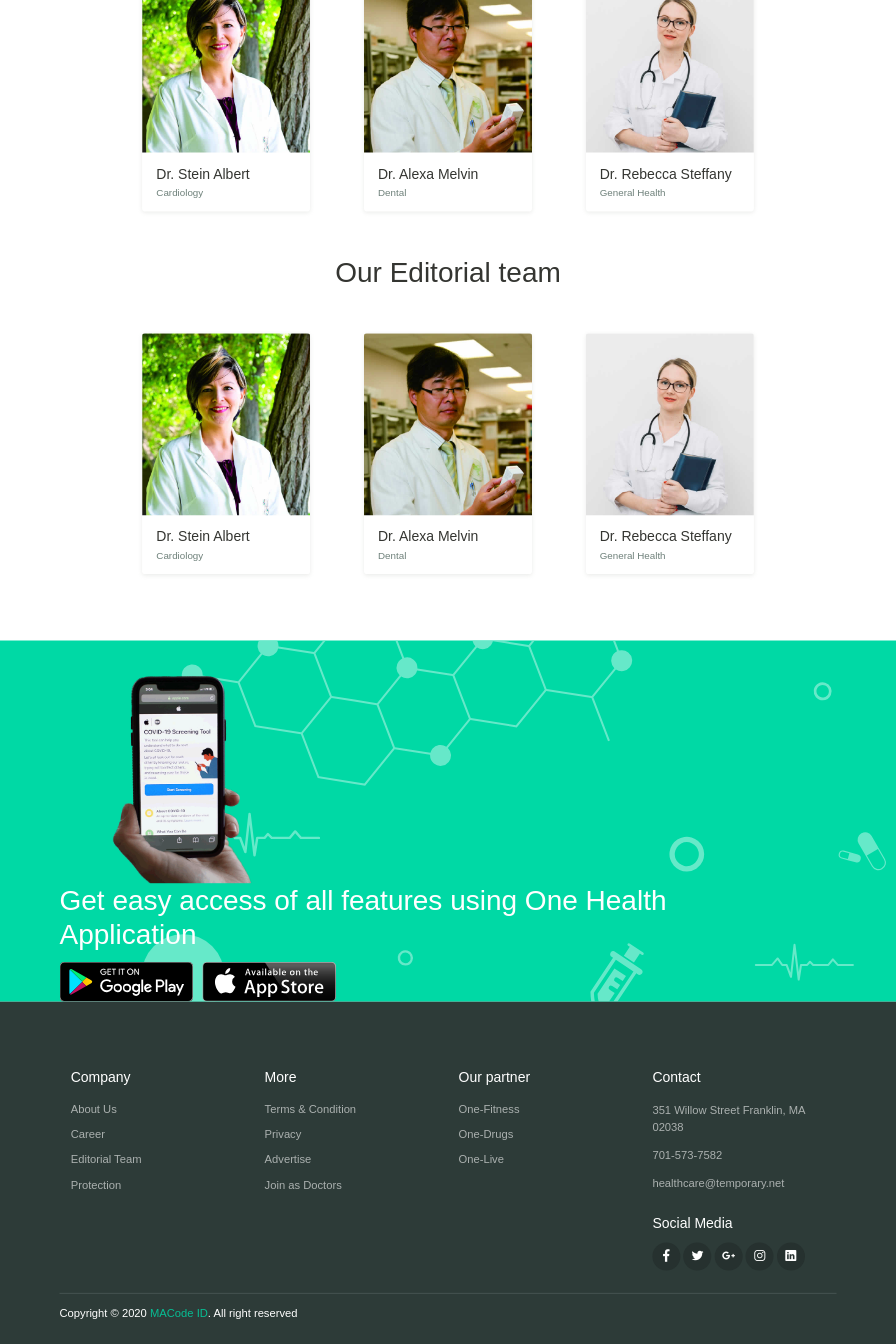
Repository: profbkmurage/myWeb
Page: html/about.html
The author's editor kept a copy of each file at every save. The page is drawn from the files as they stood at one save, then again after the next save.
The browser window is 1280 px wide. The pictures show the part of the page from y = 2020 to 3940 px (the page is 3940 px tall before and 3771 px after), at 70% of full size.

Above is the page before, as saved 2023-12-10 16:22:56.

### html/about.html
<!DOCTYPE html>
<html lang="en">
<head>
  <meta charset="UTF-8">
  <meta name="viewport" content="width=device-width, initial-scale=1.0">

  <meta http-equiv="X-UA-Compatible" content="ie=edge">

  <title>M&M Website</title>

  <link rel="stylesheet" href="../assets/css/maicons.css">

  <link rel="stylesheet" href="../assets/css/bootstrap.css">

  <link rel="stylesheet" href="../assets/vendor/owl-carousel/css/owl.carousel.css">

  <link rel="stylesheet" href="../assets/vendor/animate/animate.css">

  <link rel="stylesheet" href="../assets/css/theme.css">
</head>
<body>

  <!-- Back to top button -->
  <div class="back-to-top"></div>

  <header>
    <div class="topbar">
      <div class="container">
        <div class="row">
          <div class="col-sm-8 text-sm">
            <div class="site-info">
              <a href="tel:0745755893" ><span class="mai-call text-primary"></span> +254745755893</a>
              <span class="divider">|</span>
              <a href="#"><span class="mai-mail text-primary"></span> pnjoroge@gmail.com</a>
            </div>
          </div>
          <div class="col-sm-4 text-right text-sm">
            <div class="social-mini-button">
              <a href="#"><span class="mai-logo-facebook-f"></span></a>
              <a href="#"><span class="mai-logo-twitter"></span></a>
              <a href="#"><span class="mai-logo-dribbble"></span></a>
              <a href="#"><span class="mai-logo-instagram"></span></a>
            </div>
          </div>
        </div> <!-- .row -->
      </div> <!-- .container -->
    </div> <!-- .topbar -->

    <nav class="navbar navbar-expand-lg navbar-light shadow-sm">
      <div class="container">
        <a class="navbar-brand" href="#"><span class="text-primary">P And</span> Associates Media</a>

        <!-- <form action="#">
          <div class="input-group input-navbar">
            <div class="input-group-prepend">
              <span class="input-group-text" id="icon-addon1"><span class="mai-search"></span></span>
            </div>
            <input type="text" class="form-control" placeholder="Enter keyword.." aria-label="Username" aria-describedby="icon-addon1">
          </div>
        </form> -->

        <button class="navbar-toggler" type="button" data-toggle="collapse" data-target="#navbarSupport" aria-controls="navbarSupport" aria-expanded="false" aria-label="Toggle navigation">
          <span class="navbar-toggler-icon"></span>
        </button>

        <div class="collapse navbar-collapse" id="navbarSupport">
          <ul class="navbar-nav ml-auto">
            <li class="nav-item active">
              <a class="nav-link" href="index.html">Home</a>
            </li>
            <li class="nav-item">
              <a class="nav-link" href="about.html">About Us</a>
            </li>
            <li class="nav-item">
              <a class="nav-link" href="work.html">Our work</a>
            </li>
            <li class="nav-item">
              <a class="nav-link" href="blog.html">News</a>
            </li>
            <li class="nav-item">
              <a class="nav-link" href="contact.html">Contact</a>
            </li>
            <!-- <li class="nav-item">
              <a class="btn btn-primary ml-lg-3" href="#">Login / Register</a>
            </li> -->
          </ul>
        </div> <!-- .navbar-collapse -->
      </div> <!-- .container -->
    </nav>
  </header>

  <div class="page-banner overlay-dark bg-image" style="background-image: url(../assets/img/bg_image_1.jpg);">
    <div class="banner-section">
      <div class="container text-center wow fadeInUp">
        <nav aria-label="Breadcrumb">
          <ol class="breadcrumb breadcrumb-dark bg-transparent justify-content-center py-0 mb-2">
            <li class="breadcrumb-item"><a href="index.html">Home</a></li>
            <li class="breadcrumb-item active" aria-current="page">About</li>
          </ol>
        </nav>
        <h1 class="font-weight-normal">About Us</h1>
      </div> <!-- .container -->
    </div> <!-- .banner-section -->
  </div> <!-- .page-banner -->

    <div class="page-section bg-light py-3 mt-md-n5 custom-index">
      <div class="container">
        <div class="row justify-content-center">
          <div class="col-md-4 py-3 py-md-0">
            <div class="card-service wow fadeInUp">
              <div class="circle-shape bg-secondary text-white">
                <span class="mai-chatbubbles-outline"></span>
              </div>
              <p><span>Chat</span> with a designers</p>
            </div>
          </div>
          <div class="col-md-4 py-3 py-md-0">
            <div class="card-service wow fadeInUp">
              <div class="circle-shape bg-primary text-white">
                <span class="mai-shield-checkmark"></span>
              </div>
              <p><span>Make</span>-your orders now</p>
            </div>
          </div>
          <div class="col-md-4 py-3 py-md-0">
            <div class="card-service wow fadeInUp">
              <div class="circle-shape bg-accent text-white">
                <span class="mai-basket"></span>
              </div>
              <p><span>you ask</span>-we deliver</p>
            </div>
          </div>
        </div>
      </div>
    </div> <!-- .page-section -->

  <div class="page-section">
    <div class="container">
      <div class="row justify-content-center">
        <div class="col-lg-10 wow fadeInUp">
          <h1 class="text-center mb-3">Who are we?</h1>
          <div class="text-lg">
            <p>Lorem ipsum dolor sit amet consectetur adipisicing elit. Nesciunt neque sit, explicabo vero nulla animi nemo quae cumque, eaque pariatur eum ut maxime! Tenetur aperiam maxime iure explicabo aut consequuntur. Lorem ipsum dolor sit amet consectetur adipisicing elit. Nesciunt neque sit, explicabo vero nulla animi nemo quae cumque, eaque pariatur eum ut maxime! Tenetur aperiam maxime iure explicabo aut consequuntur.</p>
            <p>Expedita iusto sunt beatae esse id nihil voluptates magni, excepturi distinctio impedit illo, incidunt iure facilis atque, inventore reprehenderit quidem aliquid recusandae. Lorem ipsum dolor sit amet consectetur adipisicing elit. Laudantium quod ad sequi atque accusamus deleniti placeat dignissimos illum nulla voluptatibus vel optio, molestiae dolore velit iste maxime, nobis odio molestias!</p>
          </div>
        </div>
        <div class="col-lg-10 wow fadeInUp">
          <h1 class="text-center mb-3">where we began</h1>
          <div class="text-lg">
            <p>Lorem ipsum dolor sit amet consectetur adipisicing elit. Nesciunt neque sit, explicabo vero nulla animi nemo quae cumque, eaque pariatur eum ut maxime! Tenetur aperiam maxime iure explicabo aut consequuntur. Lorem ipsum dolor sit amet consectetur adipisicing elit. Nesciunt neque sit, explicabo vero nulla animi nemo quae cumque, eaque pariatur eum ut maxime! Tenetur aperiam maxime iure explicabo aut consequuntur.</p>
            <p>Expedita iusto sunt beatae esse id nihil voluptates magni, excepturi distinctio impedit illo, incidunt iure facilis atque, inventore reprehenderit quidem aliquid recusandae. Lorem ipsum dolor sit amet consectetur adipisicing elit. Laudantium quod ad sequi atque accusamus deleniti placeat dignissimos illum nulla voluptatibus vel optio, molestiae dolore velit iste maxime, nobis odio molestias!</p>
          </div>
        </div>
        <div class="col-lg-10 wow fadeInUp">
          <h1 class="text-center mb-3">what we do</h1>
          <div class="text-lg">
            <p>Lorem ipsum dolor sit amet consectetur adipisicing elit. Nesciunt neque sit, explicabo vero nulla animi nemo quae cumque, eaque pariatur eum ut maxime! Tenetur aperiam maxime iure explicabo aut consequuntur. Lorem ipsum dolor sit amet consectetur adipisicing elit. Nesciunt neque sit, explicabo vero nulla animi nemo quae cumque, eaque pariatur eum ut maxime! Tenetur aperiam maxime iure explicabo aut consequuntur.</p>
            <p>Expedita iusto sunt beatae esse id nihil voluptates magni, excepturi distinctio impedit illo, incidunt iure facilis atque, inventore reprehenderit quidem aliquid recusandae. Lorem ipsum dolor sit amet consectetur adipisicing elit. Laudantium quod ad sequi atque accusamus deleniti placeat dignissimos illum nulla voluptatibus vel optio, molestiae dolore velit iste maxime, nobis odio molestias!</p>
          </div>
        </div>
        <div class="col-lg-10 wow fadeInUp">
          <h1 class="text-center mb-3">Why us</h1>
          <div class="text-lg">
            <p>Lorem ipsum dolor sit amet consectetur adipisicing elit. Nesciunt neque sit, explicabo vero nulla animi nemo quae cumque, eaque pariatur eum ut maxime! Tenetur aperiam maxime iure explicabo aut consequuntur. Lorem ipsum dolor sit amet consectetur adipisicing elit. Nesciunt neque sit, explicabo vero nulla animi nemo quae cumque, eaque pariatur eum ut maxime! Tenetur aperiam maxime iure explicabo aut consequuntur.</p>
            <p>Expedita iusto sunt beatae esse id nihil voluptates magni, excepturi distinctio impedit illo, incidunt iure facilis atque, inventore reprehenderit quidem aliquid recusandae. Lorem ipsum dolor sit amet consectetur adipisicing elit. Laudantium quod ad sequi atque accusamus deleniti placeat dignissimos illum nulla voluptatibus vel optio, molestiae dolore velit iste maxime, nobis odio molestias!</p>
          </div>
        </div>
        <div class="col-lg-10 mt-5">
          <h1 class="text-center mb-5 wow fadeInUp">Our Graphics Engineers</h1>
          <div class="row justify-content-center">
            <div class="col-md-6 col-lg-4 wow zoomIn">
              <div class="card-doctor">
                <div class="header">
                  <img src="../assets/img/doctors/doctor_1.jpg" alt="">
                  <div class="meta">
                    <a href="#"><span class="mai-call"></span></a>
                    <a href="#"><span class="mai-logo-whatsapp"></span></a>
                  </div>
                </div>
                <div class="body">
                  <p class="text-xl mb-0">Dr. Stein Albert</p>
                  <span class="text-sm text-grey">Cardiology</span>
                </div>
              </div>
            </div>
            <div class="col-md-6 col-lg-4 wow zoomIn">
              <div class="card-doctor">
                <div class="header">
                  <img src="../assets/img/doctors/doctor_2.jpg" alt="">
                  <div class="meta">
                    <a href="#"><span class="mai-call"></span></a>
                    <a href="#"><span class="mai-logo-whatsapp"></span></a>
                  </div>
                </div>
                <div class="body">
                  <p class="text-xl mb-0">Dr. Alexa Melvin</p>
                  <span class="text-sm text-grey">Dental</span>
                </div>
              </div>
            </div>
            <div class="col-md-6 col-lg-4 wow zoomIn">
              <div class="card-doctor">
                <div class="header">
                  <img src="../assets/img/doctors/doctor_3.jpg" alt="">
                  <div class="meta">
                    <a href="#"><span class="mai-call"></span></a>
                    <a href="#"><span class="mai-logo-whatsapp"></span></a>
                  </div>
                </div>
                <div class="body">
                  <p class="text-xl mb-0">Dr. Rebecca Steffany</p>
                  <span class="text-sm text-grey">General Health</span>
                </div>
              </div>
            </div>

          </div>
        </div>
        <div class="col-lg-10 mt-5">
          <h1 class="text-center mb-5 wow fadeInUp">Our Editorial team</h1>
          <div class="row justify-content-center">
            <div class="col-md-6 col-lg-4 wow zoomIn">
              <div class="card-doctor">
                <div class="header">
                  <img src="../assets/img/doctors/doctor_1.jpg" alt="">
                  <div class="meta">
                    <a href="#"><span class="mai-call"></span></a>
                    <a href="#"><span class="mai-logo-whatsapp"></span></a>
                  </div>
                </div>
                <div class="body">
                  <p class="text-xl mb-0">Dr. Stein Albert</p>
                  <span class="text-sm text-grey">Cardiology</span>
                </div>
              </div>
            </div>
            <div class="col-md-6 col-lg-4 wow zoomIn">
              <div class="card-doctor">
                <div class="header">
                  <img src="../assets/img/doctors/doctor_2.jpg" alt="">
                  <div class="meta">
                    <a href="#"><span class="mai-call"></span></a>
                    <a href="#"><span class="mai-logo-whatsapp"></span></a>
                  </div>
                </div>
                <div class="body">
                  <p class="text-xl mb-0">Dr. Alexa Melvin</p>
                  <span class="text-sm text-grey">Dental</span>
                </div>
              </div>
            </div>
            <div class="col-md-6 col-lg-4 wow zoomIn">
              <div class="card-doctor">
                <div class="header">
                  <img src="../assets/img/doctors/doctor_3.jpg" alt="">
                  <div class="meta">
                    <a href="#"><span class="mai-call"></span></a>
                    <a href="#"><span class="mai-logo-whatsapp"></span></a>
                  </div>
                </div>
                <div class="body">
                  <p class="text-xl mb-0">Dr. Rebecca Steffany</p>
                  <span class="text-sm text-grey">General Health</span>
                </div>
              </div>
            </div>

          </div>
        </div>
      </div>
    </div>
  </div>

  <div class="page-section banner-home bg-image" style="background-image: url(../assets/img/banner-pattern.svg);">
    <div class="container py-5 py-lg-0">
      <div class="row align-items-center">
        <div class="col-lg-4 wow zoomIn">
          <div class="img-banner d-none d-lg-block">
            <img src="../assets/img/mobile_app.png" alt="">
          </div>
        </div>
        <div class="col-lg-10 wow fadeInRight">
          <h1 class="font-weight-normal mb-3">Get easy access of all features using One Health Application</h1>
          <a href="#"><img src="../assets/img/google_play.svg" alt=""></a>
          <a href="#" class="ml-2"><img src="../assets/img/app_store.svg" alt=""></a>
        </div>
      </div>
    </div>
  </div> <!-- .banner-home -->

  <footer class="page-footer">
    <div class="container">
      <div class="row px-md-3">
        <div class="col-sm-6 col-lg-3 py-3">
          <h5>Company</h5>
          <ul class="footer-menu">
            <li><a href="#">About Us</a></li>
            <li><a href="#">Career</a></li>
            <li><a href="#">Editorial Team</a></li>
            <li><a href="#">Protection</a></li>
          </ul>
        </div>
        <div class="col-sm-6 col-lg-3 py-3">
          <h5>More</h5>
          <ul class="footer-menu">
            <li><a href="#">Terms & Condition</a></li>
            <li><a href="#">Privacy</a></li>
            <li><a href="#">Advertise</a></li>
            <li><a href="#">Join as Doctors</a></li>
          </ul>
        </div>
        <div class="col-sm-6 col-lg-3 py-3">
          <h5>Our partner</h5>
          <ul class="footer-menu">
            <li><a href="#">One-Fitness</a></li>
            <li><a href="#">One-Drugs</a></li>
            <li><a href="#">One-Live</a></li>
          </ul>
        </div>
        <div class="col-sm-6 col-lg-3 py-3">
          <h5>Contact</h5>
          <p class="footer-link mt-2">351 Willow Street Franklin, MA 02038</p>
          <a href="#" class="footer-link">701-573-7582</a>
          <a href="#" class="footer-link">healthcare@temporary.net</a>

          <h5 class="mt-3">Social Media</h5>
          <div class="footer-sosmed mt-3">
            <a href="#" target="_blank"><span class="mai-logo-facebook-f"></span></a>
            <a href="#" target="_blank"><span class="mai-logo-twitter"></span></a>
            <a href="#" target="_blank"><span class="mai-logo-google-plus-g"></span></a>
            <a href="#" target="_blank"><span class="mai-logo-instagram"></span></a>
            <a href="#" target="_blank"><span class="mai-logo-linkedin"></span></a>
          </div>
        </div>
      </div>

      <hr>

      <p id="copyright">Copyright &copy; 2020 <a href="https://macodeid.com/" target="_blank">MACode ID</a>. All right reserved</p>
    </div>
  </footer>

<script src="../assets/js/jquery-3.5.1.min.js"></script>

<script src="../assets/js/bootstrap.bundle.min.js"></script>

<script src="../assets/vendor/owl-carousel/js/owl.carousel.min.js"></script>

<script src="../assets/vendor/wow/wow.min.js"></script>

<script src="../assets/js/theme.js"></script>

</body>
</html>

Loaded but not shown: assets/css/bootstrap.css (library); assets/vendor/owl-carousel/css/owl.carousel.css (library); assets/vendor/animate/animate.css (library); assets/js/jquery-3.5.1.min.js (library); assets/js/bootstrap.bundle.min.js (library); assets/vendor/owl-carousel/js/owl.carousel.min.js (library); assets/vendor/wow/wow.min.js (library); assets/js/theme.js (65 lines, source omitted); assets/css/maicons.css (2634 lines, source omitted); assets/css/theme.css (1836 lines, source omitted)

After the next save:
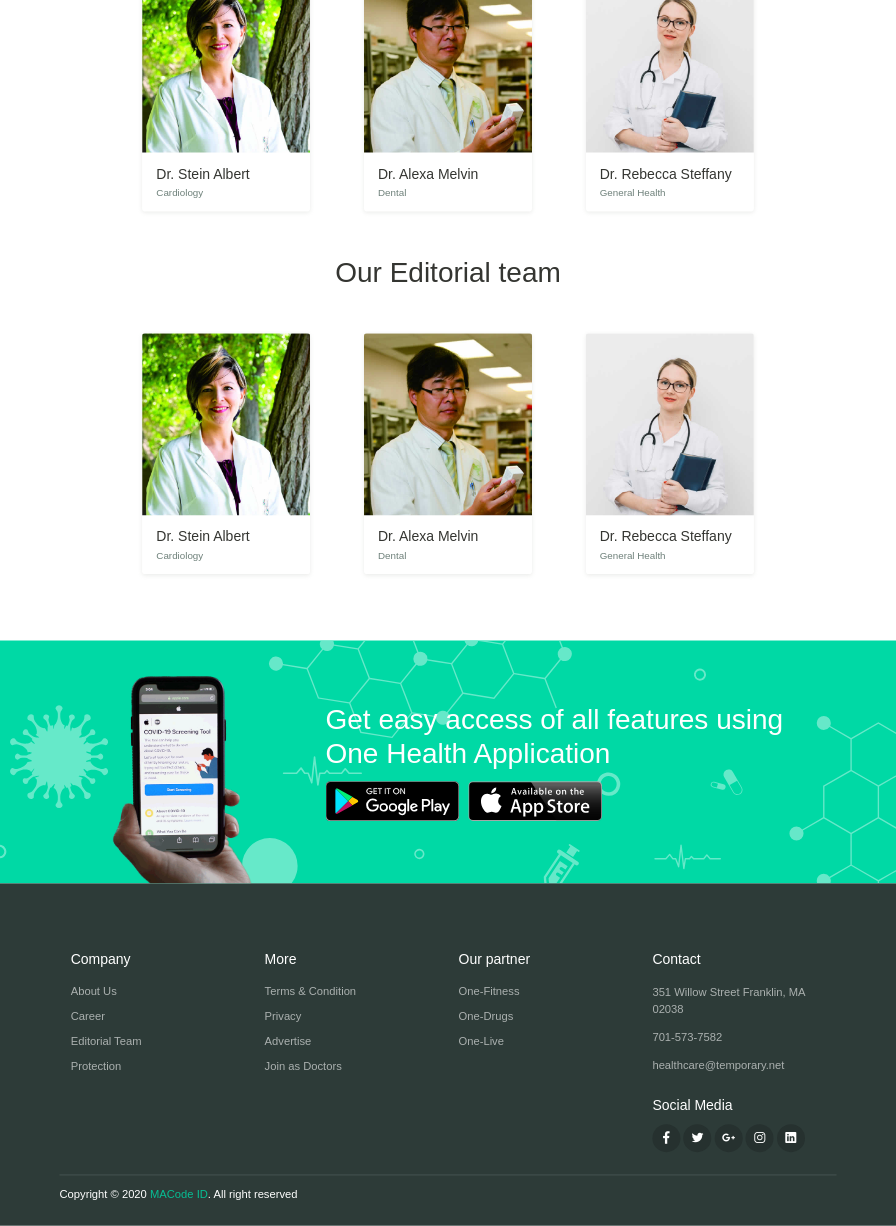
Saved 4 s later.
--- a/html/about.html
+++ b/html/about.html
@@ -279,7 +279,7 @@
             <img src="../assets/img/mobile_app.png" alt="">
           </div>
         </div>
-        <div class="col-lg-10 wow fadeInRight">
+        <div class="col-lg-8 wow fadeInRight">
           <h1 class="font-weight-normal mb-3">Get easy access of all features using One Health Application</h1>
           <a href="#"><img src="../assets/img/google_play.svg" alt=""></a>
           <a href="#" class="ml-2"><img src="../assets/img/app_store.svg" alt=""></a>
